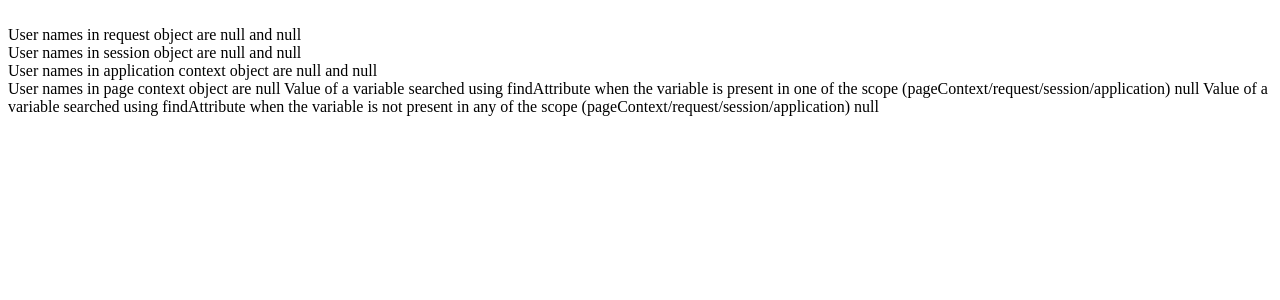
Repository: somakbha/CodeBackUP
Page: http://localhost/SimpleServletProject/objects.jsp
An editor plug-in stored every save of this project. The page is shown before and after the next save, followed by the edit.
The browser window is 1280 px wide. The pictures show the whole page.
The page is served by Tomcat 9. Other server files are loaded and not shown.

Above is the page before, as saved 2019-06-15 16:19:44.

### JSP-Servlet-by-java-brains/SimpleServletProject/WebContent/objects.jsp
<%@ page language="java" contentType="text/html; charset=UTF-8"
    pageEncoding="UTF-8"%>
<!DOCTYPE html PUBLIC "-//W3C//DTD HTML 4.01 Transitional//EN" "http://www.w3.org/TR/html4/loose.dtd">
<html>
<head>
<meta http-equiv="Content-Type" content="text/html; charset=UTF-8">
<title>Insert title here</title>
</head>
<body>

<%

String username=request.getParameter("uname");

if (username!=null){

	session.setAttribute("session-username", username);
	application.setAttribute("context-username", username);
	pageContext.setAttribute("pagecontext-username", username);

	//The behavior of this variable should be same as request score variable
	pageContext.setAttribute("request-scope-username-using-pagecontext", username,PageContext.REQUEST_SCOPE);

	//The behavior of this variable should be same as session score variable
	pageContext.setAttribute("session-scope-username-using-pagecontext", username,PageContext.SESSION_SCOPE);

	//The behavior of this variable should be same as application score variable

	pageContext.setAttribute("application-scope-username-using-pagecontext", username,PageContext.APPLICATION_SCOPE);
}

%>

</br>

User names in request object are  <%= username%> and <%= request.getAttribute("request-scope-username-using-pagecontext") %>

</br>

User names in session object are  <%= session.getAttribute("session-username")%> and <%= session.getAttribute("session-scope-username-using-pagecontext")%>

</br>

User names in application context object are  <%= application.getAttribute("context-username")%> and <%= application.getAttribute("application-scope-username-using-pagecontext")%>

</br>

User names in page context object are  <%= pageContext.getAttribute("pagecontext-username")%>


Value of a variable searched using findAttribute when the variable is present in one of the scope (pageContext/request/session/application) <%=pageContext.findAttribute("session-username") %>

Value of a variable searched using findAttribute when the variable is not present in any of the scope (pageContext/request/session/application) <%=pageContext.findAttribute("invalid-user-name") %>


</body>
</html>

After the next save:
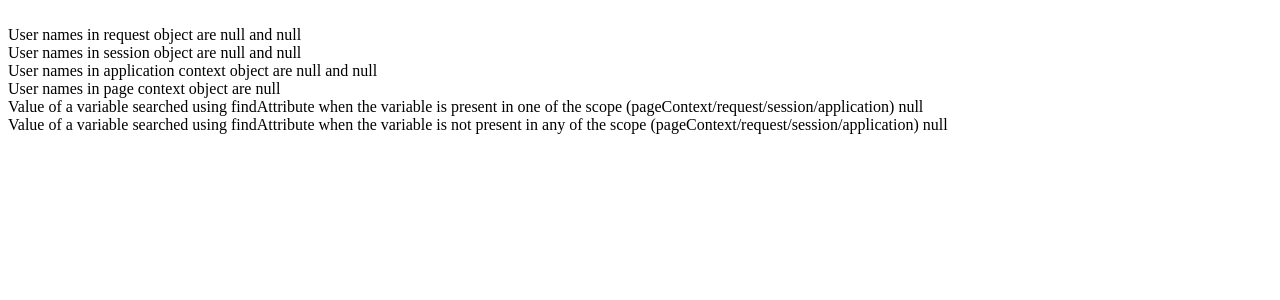
Saved 30 s later.
--- a/JSP-Servlet-by-java-brains/SimpleServletProject/WebContent/objects.jsp
+++ b/JSP-Servlet-by-java-brains/SimpleServletProject/WebContent/objects.jsp
@@ -47,9 +47,10 @@ User names in application context object are  <%= application.getAttribute("cont
 
 User names in page context object are  <%= pageContext.getAttribute("pagecontext-username")%>
 
-
+</br>
 Value of a variable searched using findAttribute when the variable is present in one of the scope (pageContext/request/session/application) <%=pageContext.findAttribute("session-username") %>
 
+</br>
 Value of a variable searched using findAttribute when the variable is not present in any of the scope (pageContext/request/session/application) <%=pageContext.findAttribute("invalid-user-name") %>
 
 
